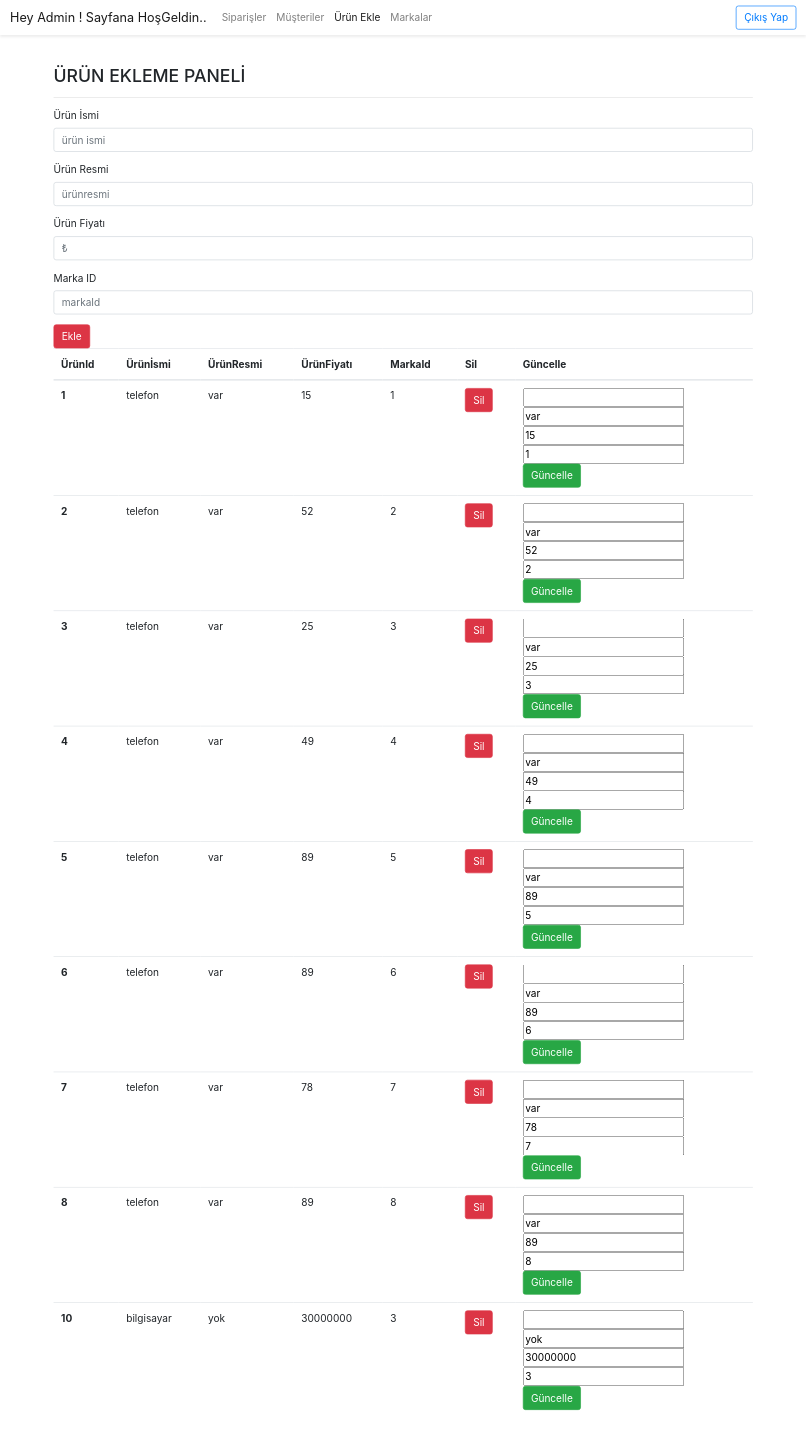
Repository: NergisAktug/E-Commerce-PythonWithFlask-Sqlite3
Page: http://localhost/urunEkle
These files come from the project's save history. The page is drawn as it stood at one moment and after the next save; the edit follows.
The browser window is 1280 px wide. The pictures show the whole page, at 63% of full size.
Some web libraries are served in a nearby version. The page is served by the project's application, run on Flask 3 (app.py). The page reads the database file committed with the project.

Above is the page before, as saved 2018-12-09 23:22:55.

### templates/urunEkle.html
<!doctype html>
<html lang="en">
  <head>
      <!-- Required meta tags -->
    <meta charset="utf-8">
    <meta name="viewport" content="width=device-width, initial-scale=1, shrink-to-fit=no">
    <link rel="stylesheet" href="https://use.fontawesome.com/releases/v5.5.0/css/all.css" integrity="sha384-B4dIYHKNBt8Bc12p+WXckhzcICo0wtJAoU8YZTY5qE0Id1GSseTk6S+L3BlXeVIU" crossorigin="anonymous">
    <!-- Bootstrap CSS -->
    <link rel="stylesheet" href="https://stackpath.bootstrapcdn.com/bootstrap/4.1.3/css/bootstrap.min.css" integrity="sha384-MCw98/SFnGE8fJT3GXwEOngsV7Zt27NXFoaoApmYm81iuXoPkFOJwJ8ERdknLPMO" crossorigin="anonymous">

    <title>Hello, world!</title>
  </head>
  <body>
    <nav class="navbar navbar-expand-lg navbar-light shadow-sm" >
        <a href="/" class="navbar-brand">Hey Admin ! Sayfana HoşGeldin..</a>
        <button class="navbar-toggler" type="button" data-toggle="collapse" data-target="#navbarMenü">
            <span class="navbar-toggler-icon"></span>
        </button>
        <div class="collapse navbar-collapse" id="navbarMenü">
            <ul class="navbar-nav mr-auto">
                <li class="nav-item">
                    <a href="#" class="nav-link" >Siparişler</a>
                 </li>
                 <li class="nav-item">
                        <a href="#" class="nav-link">Müşteriler</a>
                     </li>
                     <li class="nav-item">
                        <a href="#" class="nav-link active">Ürün Ekle</a>
                     </li>
                     <li class="nav-item">
                        <a href="/Markalar" class="nav-link ">Markalar</a>
                     </li>
                </ul>
                <ul class="navbar-nav">
                    <li class="nav-item">
                    <a href="/cikis" class="btn btn-outline-primary">Çıkış Yap</a>
                    </li>
                </ul>

        </div>

    </nav>
    <div class="container my-5" style="margin-top:100px;">
        <h3>ÜRÜN EKLEME PANELİ</h3>
        <HR>
        <form action="/urunEklemeYap"  method="POST">
            <div class="form-group">
              <label for="formGroupExampleInput">Ürün İsmi</label>
              <input type="text" class="form-control" id="formGroupExampleInput" placeholder="ürün ismi" name="urunismi">
            </div>
            <div class="form-group">
              <label for="formGroupExampleInput2">Ürün Resmi</label>
              <input type="text" class="form-control" id="formGroupExampleInput2" placeholder="ürünresmi" name="urunresmi">
            </div>
            <div class="form-group">
                    <label for="formGroupExampleInput2">Ürün Fiyatı</label>
                    <input type="number" class="form-control" id="formGroupExampleInput2" placeholder="₺" name="fiyati">
                  </div>
            <div class="form-group">
                <label for="formGroupExampleInput2">Marka ID</label>
                <input type="number" class="form-control" id="formGroupExampleInput2" placeholder="markaId" name="markaId" >
            </div>
            <button type="submit" class="btn btn-danger">Ekle</button>
        </form>
          {% if tumVeri==[] %}
          <div class="alert alert-warning" role="alert">Herhangi bir ürün yok...</div>
          {% else %}
          <table class="table">
              <thead>
                  <tr>
                      <th scope="col">ÜrünId</th>
                      <th scope="col">Ürünİsmi</th>
                      <th scope="col">ÜrünResmi </th>
                      <th scope="col">ÜrünFiyatı</th>
                      <th scope="col">MarkaId</th>
                      <th scope="col">Sil</th>
                      <th scope="col">Güncelle</th>
                  </tr>
              </thead>
              <tbody>

                {% for veri in tumVeri  %}
                    <tr>
                        <th scope="row">{{veri.urun_id}}</th>
                        <td>{{veri.urunismi}}</td>
                        <td>{{veri.urunresmi}}</td>
                        <td>{{veri.urunFiyati}}</td>
                        <td>{{veri.markaId}}</td>
                        <td><a href="/sil/{{veri.urun_id}}" class="btn btn-danger">Sil</a></td>
                        {% if  veri==[] %}

                       {% else %}
                        <td>
                            <form method="POST" action="/guncelle/{{veri.urun_id}}" style="display: inline">
                              <input type="text" value="{{veri.ismi}}" name="urunİsmi"><br>
                              <input type="text" value="{{veri.urunresmi}}" name="urunresmi"><br>
                              <input type="number" value="{{veri.urunFiyati}}" name="urunFiyati"><br>
                              <input type="number" value="{{veri.markaId}}" name="markaId"><br>
                              <button type="button" class="btn btn-success" value="Update">Güncelle</button>
                            </form>
                          </td>
                          {% endif %}

                    </tr>
                {% endfor %}


              </tbody>
          </table>

          {% endif %}

  </div>



    <!-- Optional JavaScript -->
    <!-- jQuery first, then Popper.js, then Bootstrap JS -->
    <script src="https://unpkg.com/aos@2.3.1/dist/aos.js"></script>
    <script src="https://code.jquery.com/jquery-3.3.1.slim.min.js" integrity="sha384-q8i/X+965DzO0rT7abK41JStQIAqVgRVzpbzo5smXKp4YfRvH+8abtTE1Pi6jizo" crossorigin="anonymous"></script>
    <script src="https://cdnjs.cloudflare.com/ajax/libs/popper.js/1.14.3/umd/popper.min.js" integrity="sha384-ZMP7rVo3mIykV+2+9J3UJ46jBk0WLaUAdn689aCwoqbBJiSnjAK/l8WvCWPIPm49" crossorigin="anonymous"></script>
    <script src="https://stackpath.bootstrapcdn.com/bootstrap/4.1.3/js/bootstrap.min.js" integrity="sha384-ChfqqxuZUCnJSK3+MXmPNIyE6ZbWh2IMqE241rYiqJxyMiZ6OW/JmZQ5stwEULTy" crossorigin="anonymous"></script>
    <script>
        AOS.init();
      </script>
  </body>
</html>

### app.py
import datetime
import sqlite3 as sql
from flask import Flask,flash, request, render_template_string, render_template
from flask import Flask, url_for, render_template, request, redirect, session, escape, render_template_string
from flask_babelex import Babel
from flask_sqlalchemy import SQLAlchemy
from flask_user import current_user, login_required, roles_required
from sqlalchemy.sql import table, column, select
from sqlalchemy import MetaData, create_engine
from flask_user import login_required, roles_required, UserManager, UserMixin


class ConfigClass(object):

    SECRET_KEY = 'This is an INSECURE secret!! DO NOT use this in production!!'

    SQLALCHEMY_DATABASE_URI = 'sqlite:///eticaret.sqlite'
    SQLALCHEMY_TRACK_MODIFICATIONS = False

    MAIL_SERVER = 'smtp.gmail.com'
    MAIL_PORT = 465
    MAIL_USE_SSL = True
    MAIL_USE_TLS = False
    MAIL_USERNAME = 'nergis.aktug2014@gmail.com'
    MAIL_PASSWORD = '05383896877'
    MAIL_DEFAULT_SENDER = '"MyApp" <xyz@gmail.com>'

    USER_ENABLE_EMAIL = True
    USER_ENABLE_USERNAME = False
    USER_EMAIL_SENDER_EMAIL = "noreply@example.com"


def create_app():



    app = Flask(__name__)
    app.config.from_object(__name__ + '.ConfigClass')

    db = SQLAlchemy(app)

    class Kullanici(db.Model):
        __tablename__ = 'Kullanici'
        id = db.Column(db.Integer, primary_key=True)
        email = db.Column(db.String(80), unique=True)
        sifre = db.Column(db.String(80))
        rolId = db.Column(db.Integer, db.ForeignKey('rol.rolId', ondelete='CASCADE'))
        active = db.Column('is_active', db.Boolean(), nullable=False, server_default='1')


        def __init__(self, email, sifre):
            self.email = email
            self.sifre = sifre
            self.rolId = 0

    class Roller(db.Model):
        __tablename__ = 'rol'
        rolId = db.Column(db.Integer, primary_key=True)
        rolisim = db.Column(db.String(80))

    class urunler(db.Model):
        __tablename__ = 'urunler'
        urun_id = db.Column(db.Integer, primary_key=True)
        urunismi = db.Column(db.String(80))
        urunresmi = db.Column(db.String(80))
        urunFiyati = db.Column(db.Integer)
        markaId = db.Column(db.Integer(), db.ForeignKey('markalar.markaId', ondelete='CASCADE'))

        def __init__(self, urunismi, urunresmi, urunFiyati,markaId):
            self.urunismi =urunismi
            self.urunresmi = urunresmi
            self.urunFiyati = urunFiyati
            self.markaId=markaId



    class markalar(db.Model):
        __tablename__ = 'markalar'
        markaId = db.Column(db.Integer, primary_key=True)
        markaadi = db.Column(db.String(80))
        marka_modeli = db.Column(db.String(80))

        def __init__(self, markaadi, marka_modeli):
            self.markaadi = markaadi
            self.marka_modeli = marka_modeli

    class musteri(db.Model):
        __tablename__ = 'musteri'
        musteriId = db.Column(db.Integer, primary_key=True)
        musteriadi = db.Column(db.String(80))
        musterisoyadi = db.Column(db.String(80))
        mail = db.Column(db.String(80), unique=True)
        telefon = db.Column(db.Integer)
        sifre = db.Column(db.String(80))
        il = db.Column(db.String(80))
        ilce = db.Column(db.String(80))
        kullaniciId = db.Column(db.Integer(), db.ForeignKey('Kullanici.id', ondelete='CASCADE'))

        def __init__(self, musteriadi, musterisoyadi, mail, telefon, sifre, il, ilce, kullaniciId):
            self.musteriadi = musteriadi
            self.musterisoyadi = musterisoyadi
            self.mail = mail
            self.telefon = telefon
            self.sifre = sifre
            self.il = il
            self.ilce = ilce
            self.kullaniciId = kullaniciId

    class siparis(db.Model):
        __tablename__ = 'siparis'
        siparisId = db.Column(db.Integer, primary_key=True)
        musteriId = db.Column(db.Integer(), db.ForeignKey('musteri.musteriId', ondelete='CASCADE'))
        urunId = db.Column(db.Integer(), db.ForeignKey('urunler.urun_id', ondelete='CASCADE'))
        siparisno = db.Column(db.Integer)
        siparisTarihi = db.Column(db.Integer)
        odemeId = db.Column(db.Integer())

        def __init__(self, musteriId, urunId, siparisno, siparisTarihi, odemeId):
            self.musteriId = musteriId
            self.urunId = urunId
            self.siparisno = siparisno
            self.siparisTarihi = siparisTarihi
            self.odemeId = odemeId
    db.create_all()

    @app.route('/')
    def anasayfa():
        return render_template('index.html')

    @app.route('/kayit', methods=['GET', 'POST'])
    def kayit():
        if request.method == 'POST':
            mail = request.form['email']
            parola = request.form['sifre']
            yeniKullanici = Kullanici(email=mail, sifre=parola)
            db.session.add(yeniKullanici)
            db.session.commit()
            if yeniKullanici is not None:
                mesaj = "Kayıt Başarıyla Sağlanmıştır."
                return render_template("index.html", mesaj=mesaj)
        else:
            return render_template('kayit.html')
    @app.route('/admin')
    def admin():
        return render_template("admin.html")

    @app.route('/uye', methods=['GET', 'POST'])
    def uye():
        return render_template("uyeGirisi.html")

    @app.route('/giris', methods=['GET', 'POST'])
    def giris():
        hata=None
        if request.method=='POST':
            if request.form['email']!='admin@example.com' or request.form['sifre']!='admin':
                if Kullanici.query.filter_by(email=request.form['email'],sifre=request.form['sifre']) is not None:
                    session['uye_giris']=True
                    return redirect(url_for('anasayfa'))
                else:
                    hata='hatalı giris yaptınız'

            else:
                flash('giriş başarılı')
                session['admin_giris']=True
                return redirect(url_for('admin'))
        return render_template('uyeGiris.html',hata=hata)
    @app.route('/cikis')
    def cikis():

        session.pop('admin_giris',None)
        session.pop('uye_giris',None)
        return render_template("index.html")
    @app.route('/urunEkle')
    def urunGoster():
        tumVeri=urunler.query.all()
        return render_template("urunEkle.html",tumVeri=tumVeri)
    @app.route('/urunEklemeYap',methods=['POST'])
    def urunEklemeYap():
        urunismi=request.form['urunismi']
        urunResmi=request.form['urunresmi']
        urunFiyati=request.form['fiyati']
        markaId=request.form['markaId']
        yeniUrun=urunler(urunismi=urunismi,urunresmi=urunResmi,urunFiyati=urunFiyati,markaId=markaId)
        db.session.add(yeniUrun)
        db.session.commit()
        return redirect(url_for("urunGoster"))
    @app.route("/sil/<string:id>")
    def sil(id):
        urun=urunler.query.filter_by(urun_id=id).first()
        db.session.delete(urun)
        db.session.commit()
        return redirect(url_for("urunEkle"))
    @app.route('/guncelle/<string:id>',methods=['POST','GET'])
    def guncelle(id):
        try:
            urunismi = request.form.get("urunİsmi")
            urunresmi = request.form.get("urunresmi")
            urunFiyati = request.form.get("urunFiyati")
            markaId = request.form.get("markaId")
            urun = urunler.query.filter_by(urun_id=id).first()
            urun.urunismi = urunismi
            urun.urunresmi=urunresmi
            urun.urunFiyati=urunFiyati
            urun.markaId=markaId
            db.session.commit()
        except Exception as e:
            print("güncelleme yapılamadı")
            print(e)
        return redirect(url_for('urunGoster'))






    @app.route('/Markalar')
    def Markalar():
       tumMarka=markalar.query.all()
       return render_template("marka.html",tumMarka=tumMarka)
    return app
if __name__ == '__main__':
    app=create_app()
    app.run(host='127.0.0.1', port=5000, debug=True)

### eticaret.sqlite (the tables this page reads, as SQL)
CREATE TABLE "urunler" (
	`urun_id`	INTEGER NOT NULL,
	`urunismi`	VARCHAR ( 80 ),
	`urunresmi`	VARCHAR ( 256 ),
	`urunstok`	INTEGER,
	`urunFiyati`	INTEGER,
	`markaId`	INTEGER,
	`popular`	TEXT,
	PRIMARY KEY(`urun_id`),
	FOREIGN KEY(`markaId`) REFERENCES `markalar`(`markaId`) ON DELETE CASCADE
);
INSERT INTO "urunler" VALUES
(1, 'telefon', 'var', 50, 15, 1, '1'),
(2, 'telefon', 'var', 10, 52, 2, '0'),
(3, 'telefon', 'var', 26, 25, 3, '0'),
(4, 'telefon', 'var', 78, 49, 4, '0'),
(5, 'telefon', 'var', 52, 89, 5, '3'),
(6, 'telefon', 'var', 12, 89, 6, '2'),
(7, 'telefon', 'var', 16, 78, 7, '7'),
(8, 'telefon', 'var', 45, 89, 8, '0'),
(10, 'bilgisayar', 'yok', 1, 30000000, 3, NULL);

After the next save:
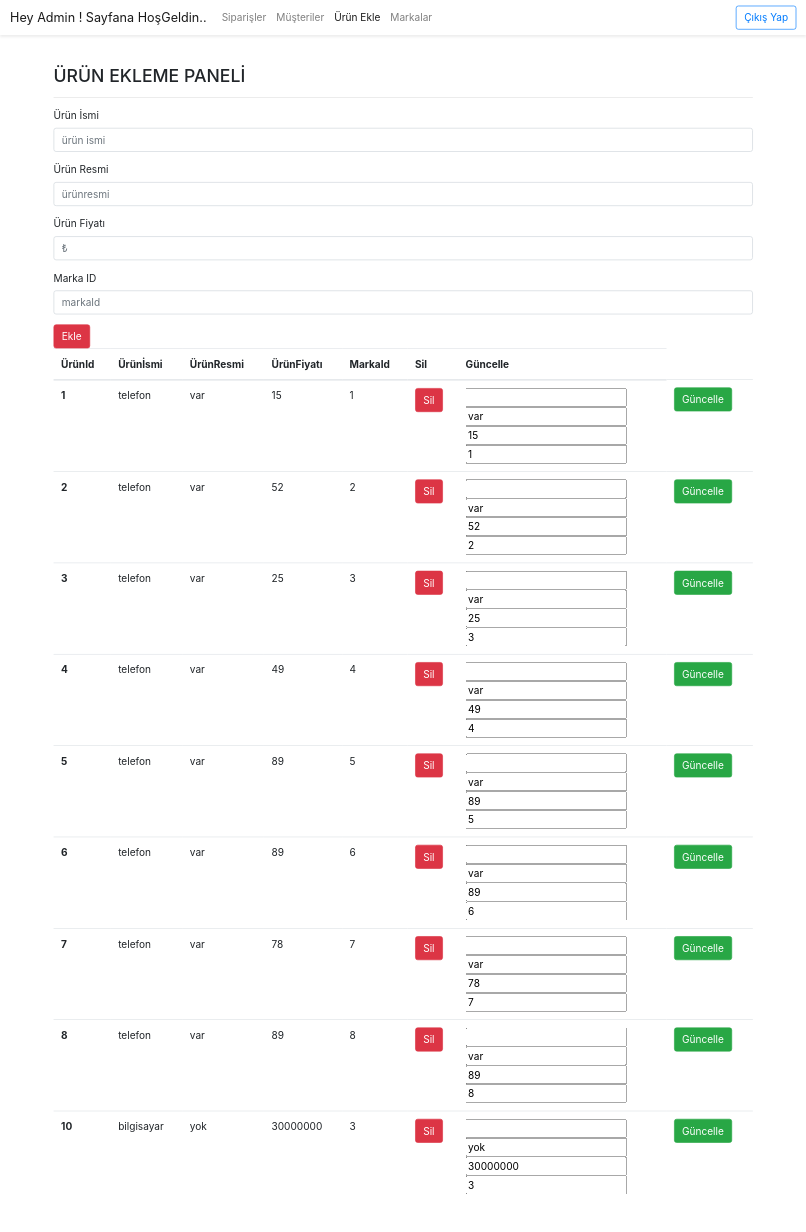
Saved 45 s later.
--- a/templates/urunEkle.html
+++ b/templates/urunEkle.html
@@ -96,9 +96,10 @@
                               <input type="text" value="{{veri.urunresmi}}" name="urunresmi"><br>
                               <input type="number" value="{{veri.urunFiyati}}" name="urunFiyati"><br>
                               <input type="number" value="{{veri.markaId}}" name="markaId"><br>
-                              <button type="button" class="btn btn-success" value="Update">Güncelle</button>
+
                             </form>
                           </td>
+                          <td><button type="button" class="btn btn-success" value="Update">Güncelle</button></td>
                           {% endif %}
 
                     </tr>
